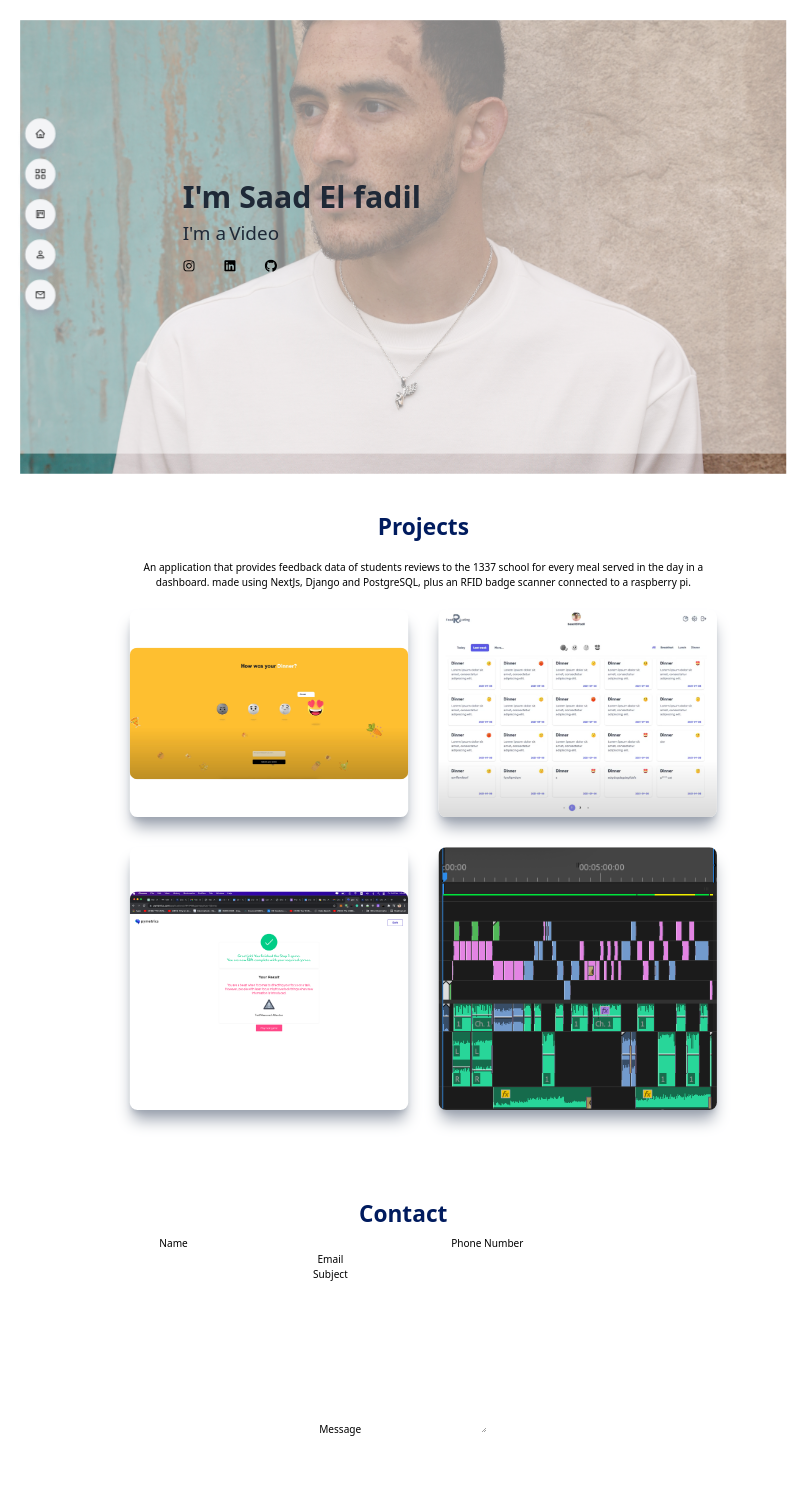
Repository: Saadelfadil/saadelfadil.github.io
Page: /
These files come from the project's save history. The page is drawn as it stood at one moment and after a run of saves; the edit follows.
The browser window is 1280 px wide. The pictures show the whole page, at 63% of full size.
The project was rebuilt for these pictures with package versions that can differ from the ones it lists, and the page was loaded fresh each time. Also part of the build but not shown: vite.config.js.

Above is the page before, as saved 2023-02-26 18:52:21.

After the next 3 saves:
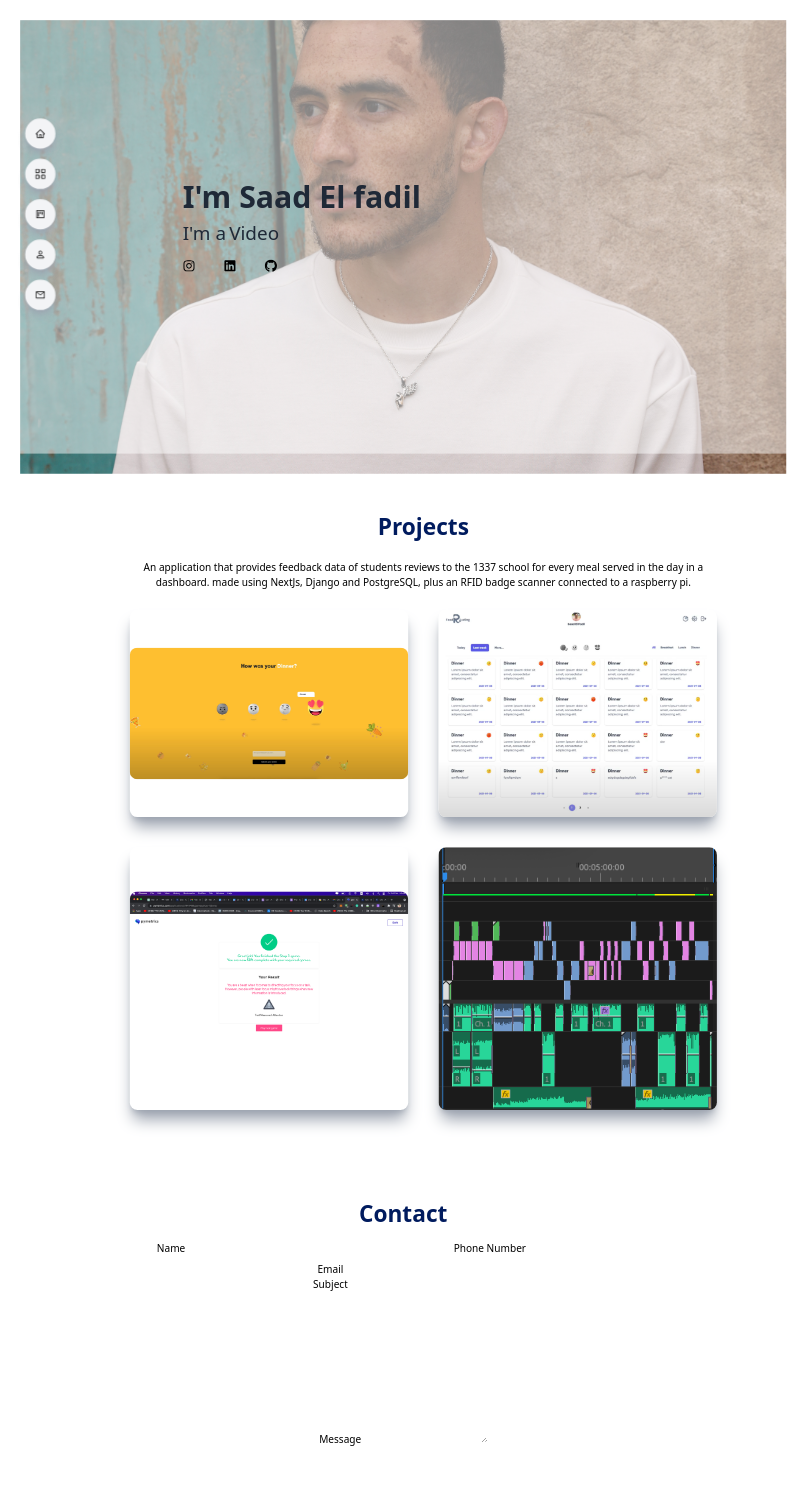
The 3 saves are shown as one change because they came seconds apart.
The last was saved 10 s later.
--- a/src/components/Contact.jsx
+++ b/src/components/Contact.jsx
@@ -7,7 +7,7 @@ const Contact = () => {
             Contact
         </h1>
         <form action="" method="POST" encType="multipart/form-data" >
-            <div className="grid md:grid-cols-2 ">
+            <div className="grid md:grid-cols-2 gap-4 w-full py-2">
                 <div>
                     <label htmlFor="">Name</label>
                     <input type="text" name="name" />
